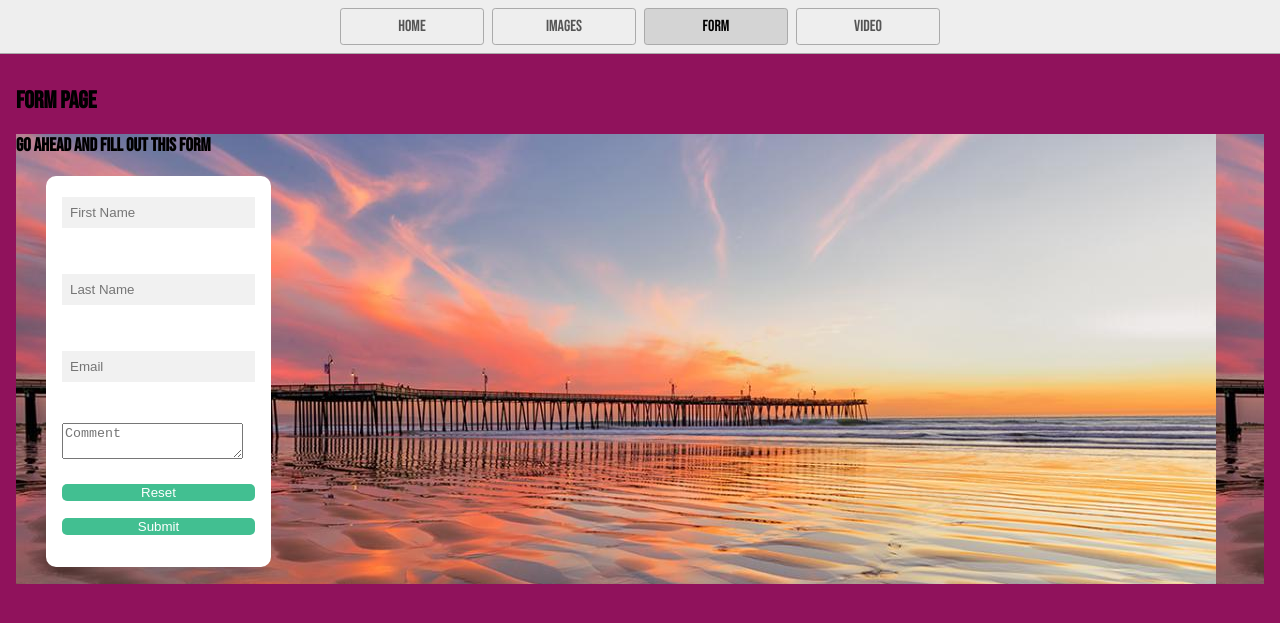
Repository: sebas6292/palmTree-Final
Page: Form.html
An editor plug-in stored every save of this project. The page is shown before and after the next save, followed by the edit.
The browser window is 1280 px wide. The pictures show the whole page.

Above is the page before, as saved 2023-05-28 13:15:44.

After the next save:
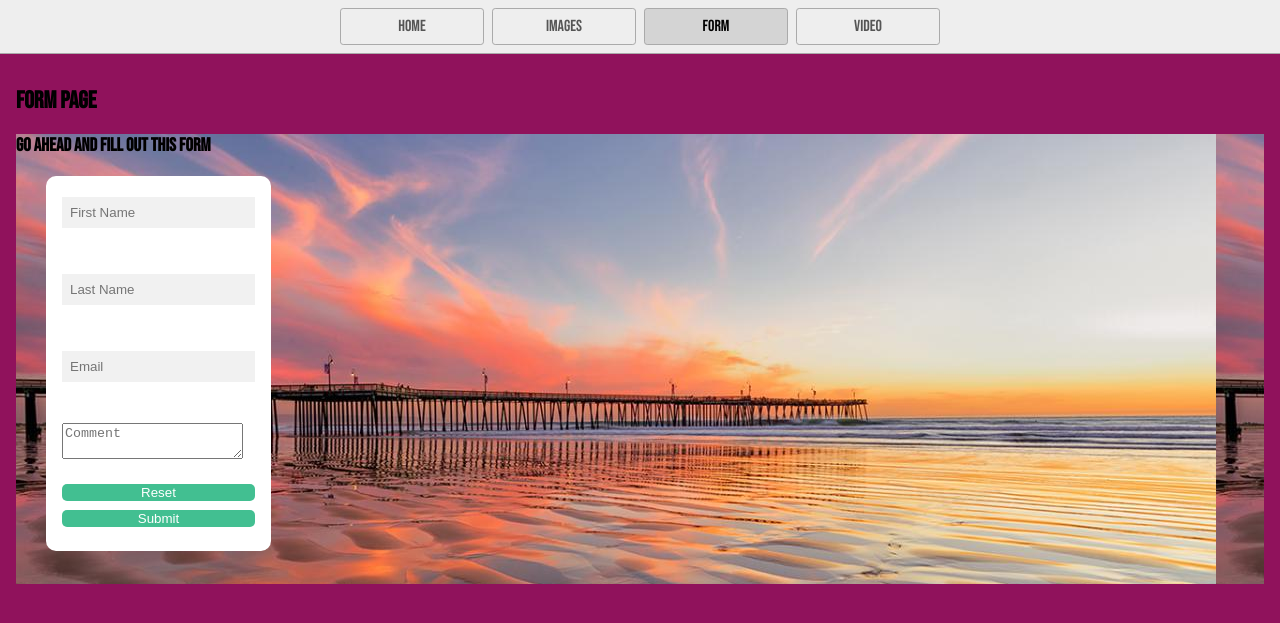
Saved 13 s later.
--- a/styles.css
+++ b/styles.css
@@ -79,7 +79,7 @@
   .btn {
     background-color: #04AA6D;
     color: white;
-    margin-bottom: 1rem ;
+    margin-bottom: .5rem ;
     border: none;
     cursor: pointer;
     border-radius: 5px;
